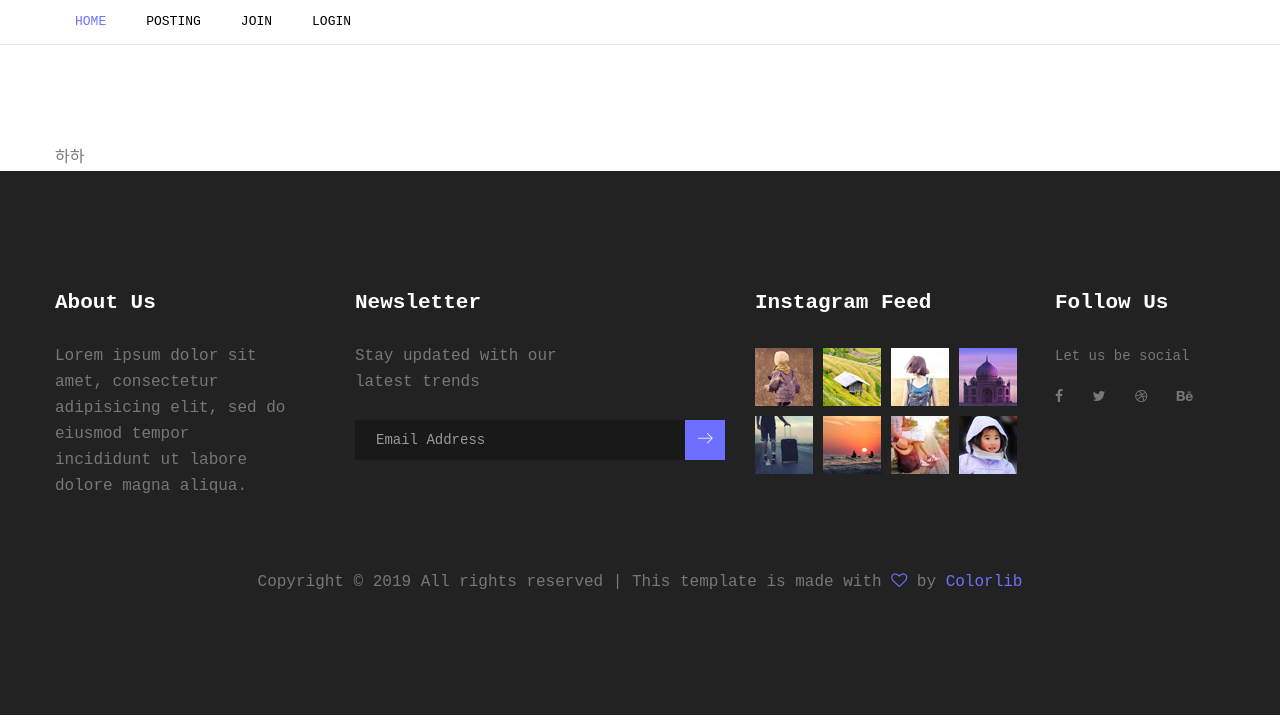
Repository: cwj2306/blog_project_2
Page: http://localhost/blog/user/userProfileForm.jsp
An editor plug-in stored every save of this project. The page is shown before and after the next save, followed by the edit.
The browser window is 1280 px wide. The pictures show the whole page.
Some web fonts or font styles are not loaded; a fallback is used. The page is served by Tomcat 9.

Above is the page before, as saved 2019-11-12 03:13:43.

After the next save:
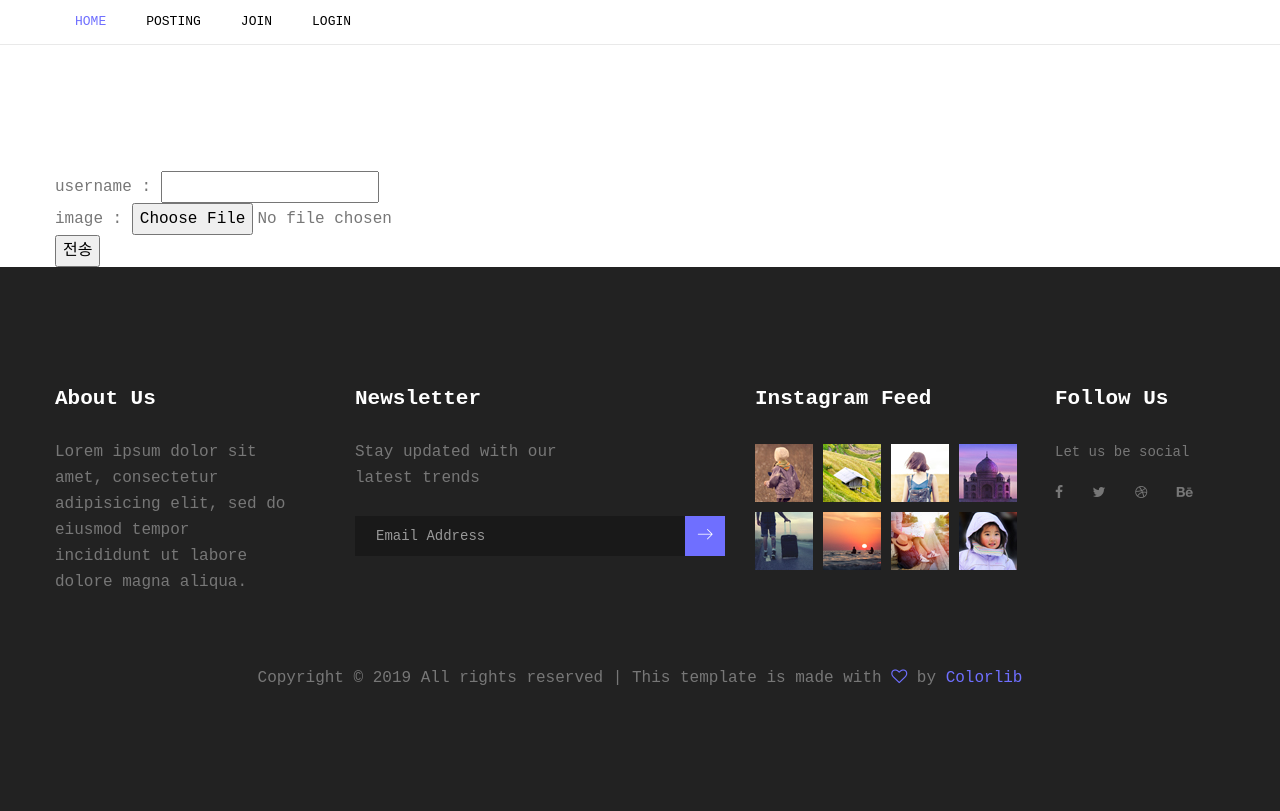
Saved 55 s later.
--- a/blog/WebContent/user/userProfileForm.jsp
+++ b/blog/WebContent/user/userProfileForm.jsp
@@ -50,7 +50,42 @@
 					</div>
 					-->
 
-					하하
+				<div>
+					<img id="img__wrap" />
+				</div>
+
+				<!-- enctype는 mime타입에서 찾아봐서 써주자 -->
+				<form action="uploadAction.jsp" method="POST" enctype="multipart/form-data">
+					username : <input type="text" name="username" /><br /> image : <input id="img__input" type="file" name="userProfile" /><br /> <input type="submit" value="전송" />
+				</form>
+
+				<script src="/blog/js/jquery-3.2.1.min.js"></script>
+				<script>
+					$("#img__input").on("change", handleImgFile);
+
+					function handleImgFile(e) {
+						console.log(e);
+						console.log(e.target.files);
+						console.log(e.target.files[0]);
+
+						var f = e.target.files[0];
+
+						if (f.type.match("image.*")) {
+							var reader = new FileReader();
+
+							reader.onload = function(e) {
+								console.log(e.target.result);
+								$("#img__wrap").attr("src", e.target.result);
+							}
+
+							reader.readAsDataURL(f);
+						} else {
+							alert("이미지 파일이 아닙니다.");
+							$("#img__wrap").attr("src", "");
+						}
+
+					}
+				</script>
 
 				</form>
 
